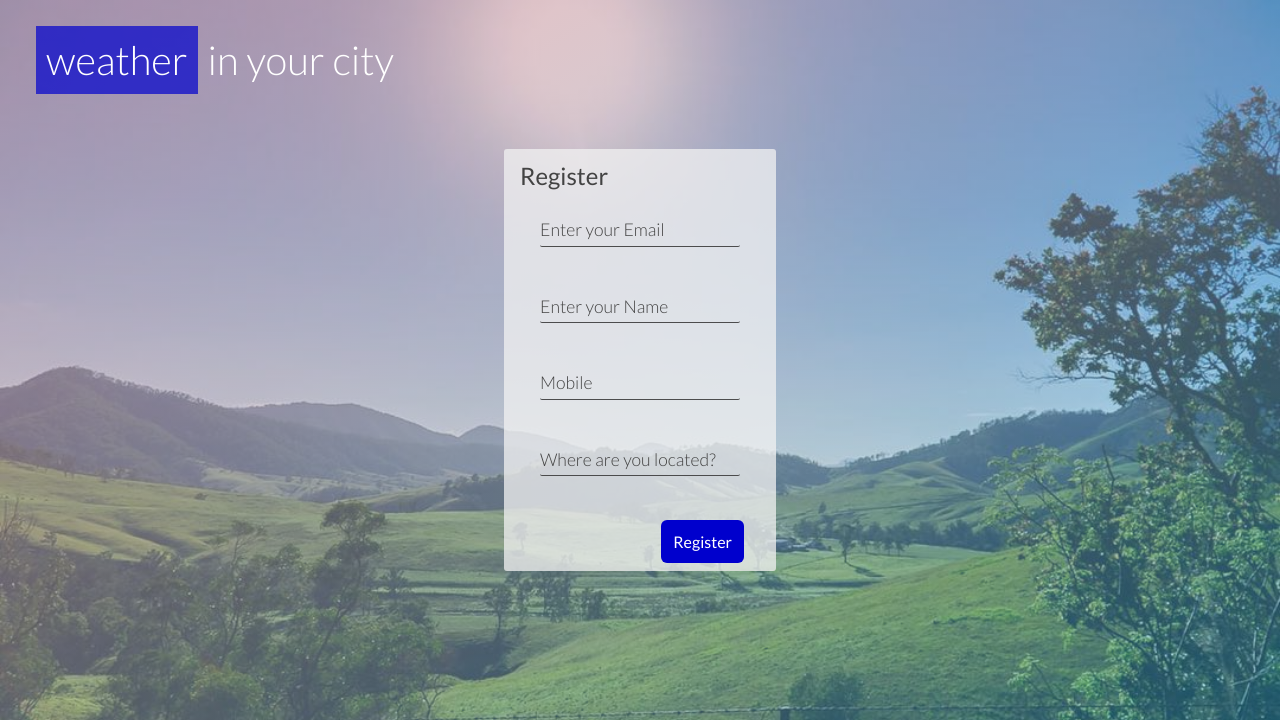
Repository: nosplashurinal/weather-app
Page: /
An editor plug-in stored every save of this project. The page is shown before and after the next save, followed by the edit.
The browser window is 1280 px wide. The pictures show the whole page.
The project was rebuilt for these pictures with package versions that can differ from the ones it lists, and the page was loaded fresh each time. Also part of the build but not shown: src/components/RecentSearches.vue, src/components/Search.vue, src/components/WeatherDataBlock.vue, src/components/Login.vue.

Above is the page before, as saved 2018-12-31 18:21:05.

### public/index.html
<!DOCTYPE html>
<html lang="en">

<head>
	<meta charset="utf-8">
	<meta http-equiv="X-UA-Compatible" content="IE=edge">
	<meta name="viewport" content="width=device-width,initial-scale=1.0">
	<link rel="icon" href="<%= BASE_URL %>favicon.ico">
	<link href="https://fonts.googleapis.com/css?family=Lato:300,400" rel="stylesheet">
	<title>weather-app</title>
</head>

<body>
	<noscript>
		<strong>We're sorry but weather-app doesn't work properly without JavaScript enabled. Please enable it to continue.</strong>
	</noscript>
	<div id="app"></div>
	<!-- built files will be auto injected -->
</body>

</html>

### src/App.vue
<template>
  <div class="root-container">
    <div class="bg" v-bind:style="{backgroundImage: `url(${bg})`}"></div>
    <div class="overlay"></div>
    <div class="title">
      <span>weather</span>
      <span>in your city</span>
    </div>
    <Login v-bind:isLoginError="isLoginError" v-if="!loginSuccess && !showRegistration" v-on:on-login="attemptLogin" v-on:open-registration="showRegistration = true" />
    <Registration v-if="showRegistration" v-on:on-success="showRegistration = false" />
    <div v-if="loginSuccess" class="search-container" v-bind:class="{resultActive: showResults}">
      <Search
        v-bind:message="message"
        v-bind:showLoading="isLoadingResults"
        v-bind:isError="isError"
        v-on:on-key-press="onClickSearch"
        v-on:on-change="onInputChange"
      />
      <transition name="ease">
        <div class="results-container" v-if="showResults">
          <WeatherDataBlock v-bind:weatherData="weatherData"/>
        </div>
      </transition>
    </div>
  </div>
</template>

<script>
import Search from "./components/Search.vue";
import WeatherDataBlock from "./components/WeatherDataBlock.vue";
import Login from "./components/Login.vue";
import Registration from "./components/Registration.vue";
import axios from "axios";

export default {
  name: "app",
  components: {
    Search,
    WeatherDataBlock,
    Login,
    Registration
  },
  data() {
    return {
      currentQueryValue: null,
      results: [],
      showResults: false,
      address: null,
      isError: false,
      message: null,
      searchQuery: null,
      isLoadingResults: false,
      units: "metric",
      weatherData: undefined,
      bg: "/images/bg.jpg",
      weatherBg: null,
      screenWidth: window.innerWidth,
      screenHeight: window.innerHeight,
      showRegistration: false,
      loginSuccess: false,
      isLoginError: false
    };
  },
  created: function() {
    if (!JSON.parse(window.localStorage.getItem("user"))) {
      this.showRegistration = true;
    }
  },
  mounted: function() {
    if (JSON.parse(window.localStorage.getItem("searches"))) {
      this.validateRecentSearches();
    }
  },
  watch: {
    async searchQuery(newQuery) {
      let storedWeatherData;
      this.showResults = false;

      // Check if anything is saved in localStorage
      if (window.localStorage.getItem("searches")) {
        // Now, check if the current query matches anything in localStorage
        storedWeatherData = this.getFromLocalStorage(newQuery);
      } else {
        // Create an empty object in localStorage
        window.localStorage.setItem("searches", null);
      }
      if (storedWeatherData) {
        this.isLoadingResults = true;
        // Translate localStorage data into the format needed to display the data
        setTimeout(
          () =>
            (this.weatherData = this.parseStoredWeatherData(
              storedWeatherData.result
            )),
          0.0001
        );
      } else {
        this.isLoadingResults = true;
        try {
          let weatherData = await this.fetchWeatherDataForCity(
            this.searchQuery
          );
          const formattedData = this.parseApiResponse(newQuery, weatherData);
          this.pushDataToLocalStorage(formattedData);
          this.weatherData = formattedData.result;
        } catch {
          this.isLoadingResults = false;
          this.isError = true;
        }
      }
    },
    weatherData() {
      this.isLoadingResults = false;
      this.showResults = true;
      this.changeBackgroundImage();
    }
  },
  methods: {
    async validateRecentSearches() {
      let storedData = window.localStorage.getItem("searches");
      let storedDataObject = JSON.parse(storedData);
      let promiseArray = [];
      let newDataObject = [];
      storedDataObject.forEach(({ result }) => {
        promiseArray.push(this.fetchWeatherDataForCity(result.name));
      });
      let responseArray = await Promise.all(promiseArray);
      responseArray.forEach((data, index) => {
        const formattedData = this.parseApiResponse(
          storedDataObject[index].query,
          data
        );
        newDataObject.push(formattedData);
      });
      window.localStorage.setItem("searches", JSON.stringify(newDataObject));
    },
    timeDifferenceBetwenNowAndDate(d) {
      const date = new Date(d * 1000);
      const now = new Date();
      return (now.getTime() - date.getTime()) / (1000 * 60);
    },
    attemptLogin(e) {
      const user = window.localStorage.getItem("user");
      if (user === e) {
        this.loginSuccess = true;
      } else {
        this.isLoginError = true;
      }
    },
    onInputChange() {
      if (this.isError) this.isError = false;
    },
    pushDataToLocalStorage(newDataItem) {
      let storedData = window.localStorage.getItem("searches");
      let storedDataObject = JSON.parse(storedData);
      let newDataObject = [];
      if (storedDataObject) {
        newDataObject = [...storedDataObject, newDataItem];
      } else {
        newDataObject.push(newDataItem);
      }
      window.localStorage.setItem("searches", JSON.stringify(newDataObject));
    },
    parseApiResponse(query, data) {
      return {
        query,
        result: {
          id: data.sys.id,
          temp: data.main.temp,
          name: data.name,
          country: data.sys.country,
          icon: data.weather[0].icon,
          description: data.weather[0].description,
          date: data.dt,
          humidity: data.wind.speed,
          wind: data.main.humidity
        }
      };
    },
    parseStoredWeatherData(data) {
      return {
        name: data.name,
        country: data.country,
        humidity: data.humidity,
        temp: data.temp,
        wind: data.wind,
        icon: data.icon,
        description: data.description,
        date: data.date
      };
    },
    getFromLocalStorage(i) {
      const localStorage = window.localStorage;
      const searchObject = JSON.parse(localStorage.getItem("searches"));
      if (searchObject) {
        return searchObject.find(item => item.query === i);
      } else {
        return null;
      }
    },
    onClickSearch(e) {
      this.searchQuery = e;
    },
    fetchWeatherDataForCity(city) {
      return new Promise((resolve, reject) => {
        axios
          .get(
            `http://api.openweathermap.org/data/2.5/weather?q=${city}&APPID=7c519880689160b16f5d233f16f2868d${
              this.units === "metric" ? "&units=metric" : ""
            }`
          )
          .then(response => {
            if (response.status === 404) {
              reject(response.err);
            } else {
              resolve(response.data);
            }
          })
          .catch(() => {
            this.isError = true;
            this.isLoadingResults = false;
            return;
          });
      });
    },
    changeBackgroundImage() {
      var newImg = new Image();
      newImg.onload = () => (this.bg = newImg.src);
      newImg.src = `https://loremflickr.com/1920/1080/${
        this.weatherData.description
      }`;
    }
  }
};
</script>

<style lang="scss" src="@/styles/app.scss">
</style>

### src/styles/app.scss
@import "./global.scss";
@import "./constants.scss";

.root-container {
  width: 100%;
  height: auto;
  overflow-y: scroll;
  overflow-x: hidden;
  font-size: 16px;
}
.bg {
  position: absolute;
  background-repeat: no-repeat;
  background-size: cover;
  background-position: center;
  -webkit-transition: background-image 500ms ease-in-out;
  transition: background-image 500ms ease-in-out;
  width: 100%;
  height: 100%;
}
.overlay {
  position: absolute;
  width: 100%;
  height: 100%;
  background-image: linear-gradient(
    to bottom right,
    rgba(230, 154, 154, 0.65),
    rgba(44, 181, 232, 0.4)
  );
}
.title {
  position: absolute;
  top: 36px;
  left: 36px;
  width: auto;
  height: auto;
  text-align: center;
  font-size: 2.5em;
  color: #fff;
  font-family: $font-primary;
  font-weight: 100;
  > span {
    padding: 0.25em;
    &:nth-child(1) {
      background-color: rgba($blue, 0.7);
    }
  }
}
.search-container {
  position: absolute;
  top: 50%;
  transform: translate(-50%, -50%);
  left: 50%;
  .results-container {
    margin-top: 4em;
    z-index: 9;
  }
}
.ease-enter-active,
.ease-leave-active {
  transition: all 900ms cubic-bezier(0, 0.57, 0.01, 0.97);
}
.ease-enter, .ease-leave-to /* .fade-leave-active below version 2.1.8 */ {
  opacity: 0;
  transform: scale(0.9) translate(0, 50px);
}
.slide-enter-active, .slide-leave-active {
  transition: opacity 350ms ease-in-out;
}
.slide-enter /* .fade-leave-active below version 2.1.8 */ {
  opacity: 0;
}

### src/styles/global.scss
html, body {
	position: relative;
	width: 100%;
	height: 100%;
}

body {
	color: #333;
	margin: 0;
	padding: 0;
	box-sizing: border-box;
	font-family: -apple-system, BlinkMacSystemFont, "Segoe UI", Roboto, Oxygen-Sans, Ubuntu, Cantarell, "Helvetica Neue", sans-serif;
}

a {
	color: rgb(0,100,200);
	text-decoration: none;
}

a:hover {
	text-decoration: underline;
}

a:visited {
	color: rgb(0,80,160);
}

label {
	display: block;
}

input, button, select, textarea {
	font-family: inherit;
	font-size: inherit;
	padding: 0.4em;
	margin: 0 0 0.5em 0;
	box-sizing: border-box;
	border: 1px solid #ccc;
	border-radius: 2px;
}

input:disabled {
	color: #ccc;
}

button {
	background-color: #f4f4f4;
	outline: none;
}

button:active {
	background-color: #ddd;
}

button:focus {
	border-color: #666;
}

p {
	margin: 0;
	padding: 0;
}

ul {
	list-style: none;
}
input:focus {
	outline: 0;
}
button {
	border: 0;
}

### src/styles/constants.scss
$blue: rgb(0, 0, 205);
$font-primary: "Lato", sans-serif;

### src/components/Registration.vue
<template>
  <div class="registration">
    <p>Register</p>
    <div class="fields-container">
      <input
        placeholder="Enter your Email"
        autofocus
        autocomplete="off"
        type="email"
        name="email"
        class="email"
        id="email"
        v-model="email"
      >
      <input
        placeholder="Enter your Name"
        autofocus
        autocomplete="off"
        type="text"
        name="name"
        class="name"
        id="name"
        v-model="name"
      >
      <input
        placeholder="Mobile"
        autofocus
        autocomplete="off"
        type="phone"
        name="mobile"
        class="mobile"
        id="mobile"
        v-model="mobile"
      >
      <input
        placeholder="Where are you located?"
        autofocus
        autocomplete="off"
        type="text"
        name="location"
        class="location"
        id="location"
        v-model="location"
      >
    </div>
    <button type="button" class="next" v-on:click="onRegister">Register</button>
  </div>
</template>
<script>
export default {
  name: "Registration",
  data() {
    return {
      email: null,
      name: null,
      mobile: null,
      location: null
    };
  },
  methods: {
    onRegister() {
      const { email, name, mobile, location } = this;
      const userObject = {
        email,
        name,
        mobile,
        location
      };
      window.localStorage.setItem("user", JSON.stringify(userObject));
      this.$emit("on-success");
    }
  }
};
</script>
<style lang="scss" src="@/styles/registration.scss">
</style>

### src/styles/registration.scss
@import "./constants.scss";

.registration {
  position: absolute;
  top: 50%;
  transform: translate(-50%, -50%);
  left: 50%;
  background: rgba(#f2f2f2, 0.75);
  border-radius: 3px;
  font-family: "Lato", sans-serif;
  padding: 0 1em;
  p {
    color: #434343;
    position: relative;
    font-size: 1.5em;
    padding: 0.5em 0;
    margin-bottom: 0.5em;
  }
  .fields-container {
    position: relative;
    padding: 0 1.25em;
    ::-webkit-input-placeholder { /* Chrome/Opera/Safari */
      color: #434343;
    }
    ::-moz-placeholder { /* Firefox 19+ */
      color: #434343;
    }
    input {
      color: #434343;
      background: transparent;
      border: 0;
      display: block;
      border-bottom: 1px solid #434343;
      font-size: 1.1em;
      font-weight: 300;
      margin: 0;
      width: 200px;
      height: auto;
      padding: 0;
      padding: 0.3em 0;
      margin-bottom: 2.5em;
      &::focus {
        background: transparent;
        border: 0;
        border-bottom: 1px solid #434343;
        outline: none;
        box-shadow: none;
      }
    }
  }
  .next {
    background: $blue;
    color: #fff;
    padding: 0.75em;
    margin-right: 1em;
    border-radius: 6px;
    cursor: pointer;
    float: right;
  }
}

Loaded but not shown: src/main.js (common file)

After the next save:
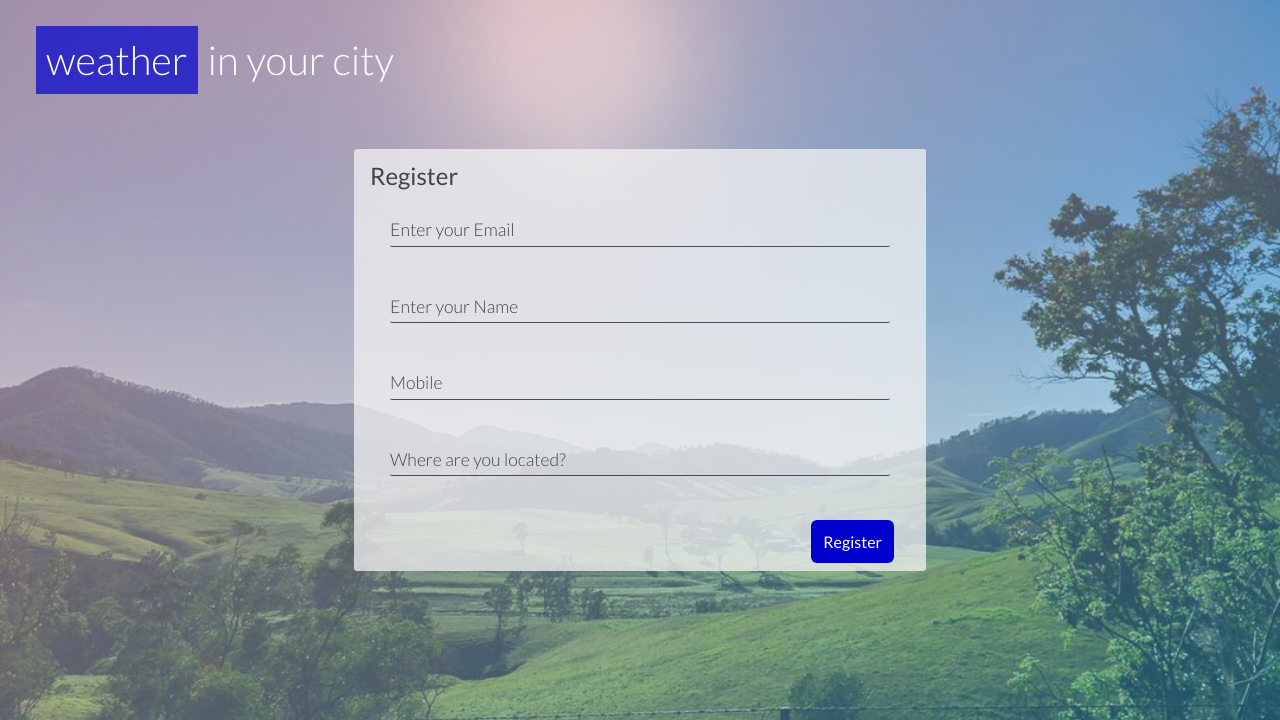
Saved 6 s later.
--- a/src/styles/registration.scss
+++ b/src/styles/registration.scss
@@ -34,7 +34,7 @@
       font-size: 1.1em;
       font-weight: 300;
       margin: 0;
-      width: 200px;
+      width: 500px;
       height: auto;
       padding: 0;
       padding: 0.3em 0;

After the save that followed:
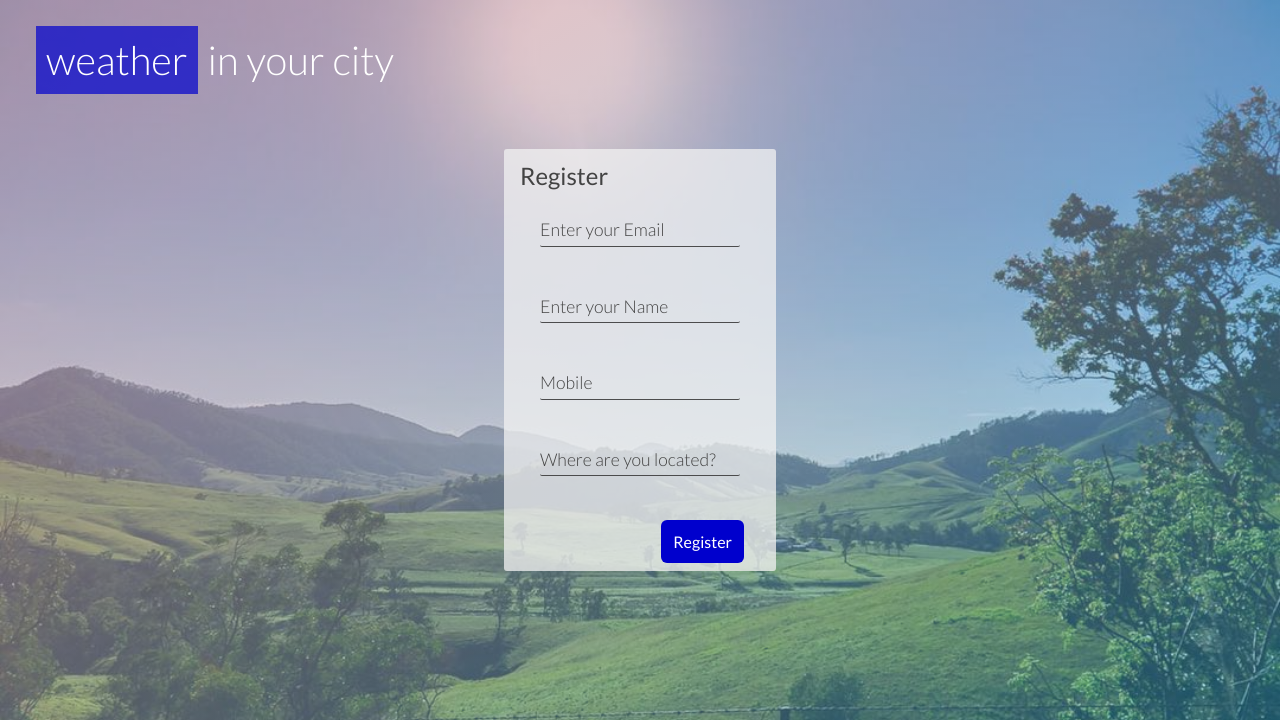
Saved 11 s later.
--- a/src/styles/registration.scss
+++ b/src/styles/registration.scss
@@ -34,7 +34,7 @@
       font-size: 1.1em;
       font-weight: 300;
       margin: 0;
-      width: 500px;
+      width: 200px;
       height: auto;
       padding: 0;
       padding: 0.3em 0;
